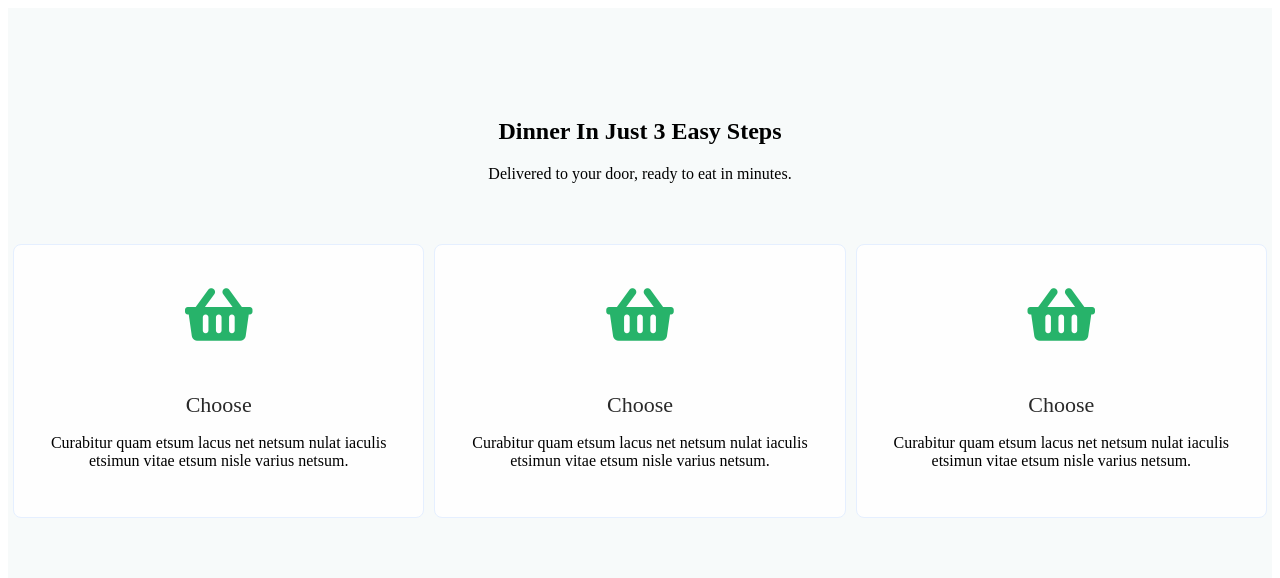
Repository: ST-United-Internship/leadpage
Page: card-UI.html
An editor plug-in stored every save of this project. The page is shown before and after the next save, followed by the edit.
The browser window is 1280 px wide. The pictures show the whole page.

Above is the page before, as saved 2023-03-15 15:08:26.

After the next save:
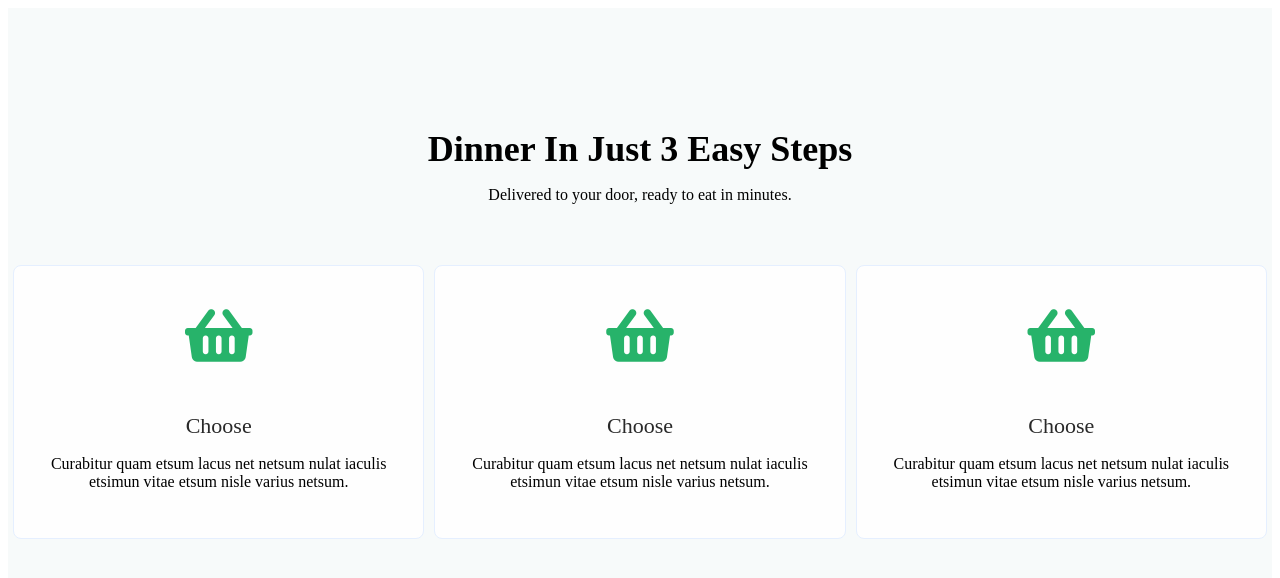
Saved 105 s later.
--- a/css/card-UI.css
+++ b/css/card-UI.css
@@ -14,7 +14,7 @@ section{
     text-align: center;
 }
 
-.about .columm .title-text h2{
+.about .row-title .title-text h2{
     font-size: 36px;
     margin-bottom: 10px;
 }
